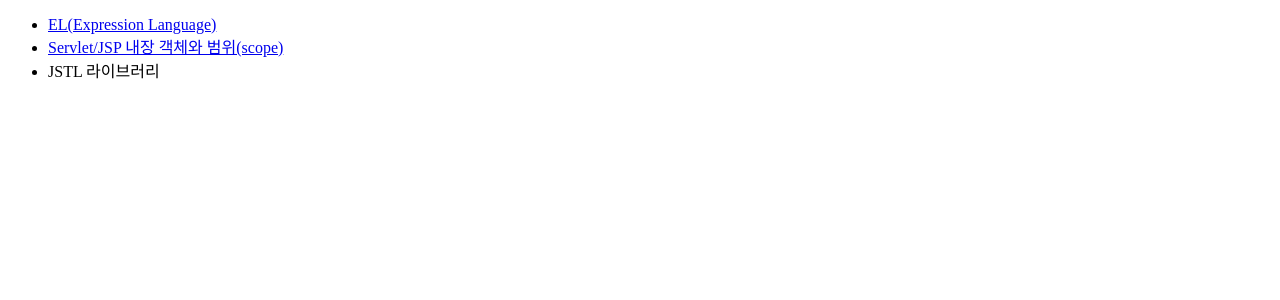
Repository: ahnjaeyoun/6_Server
Page: JSPProject2/src/main/webapp/index.html
These files come from the project's save history. The page is drawn as it stood at one moment and after the next save; the edit follows.
The browser window is 1280 px wide. The pictures show the whole page.

Above is the page before, as saved 2023-09-19 03:29:29.

After the next save:
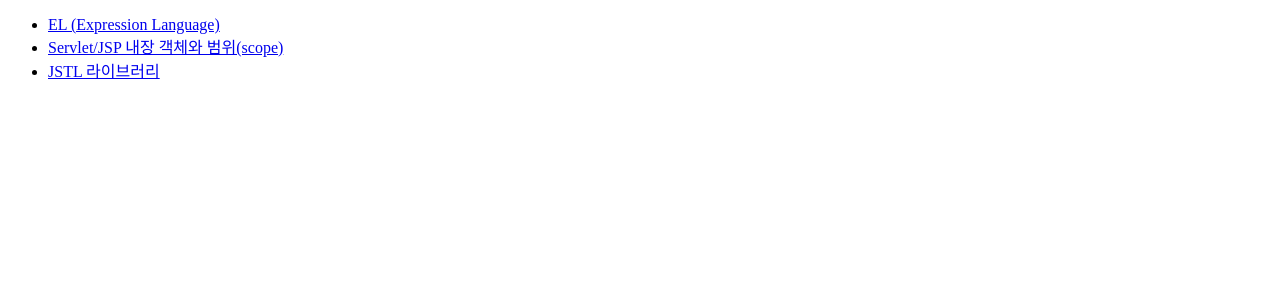
Saved 6 s later.
--- a/JSPProject2/src/main/webapp/index.html
+++ b/JSPProject2/src/main/webapp/index.html
@@ -1,5 +1,5 @@
 <!DOCTYPE html>
-<html lang="en">
+<html lang="ko">
 <head>
     <meta charset="UTF-8">
     <meta name="viewport" content="width=device-width, initial-scale=1.0">
@@ -7,13 +7,13 @@
 </head>
 <body>
     <ul>
-        <!-- 절대 경로 (최상위 주소 (/) 기준으로 작성) -->
-        <li><a href="/elTest">EL(Expression Language)</a></li>
+        <!-- 절대 경로 (최상위 주소 / 기준으로 작성)-->
+        <li><a href="/elTest">EL (Expression Language)</a></li>
 
-        <!-- 상대 경로  (현재 주소(위치)를 기준으로 작성 -->
+        <!-- 상대 경로 (현재 주소(위치)를 기준으로 작성) -->
         <li><a href="scope">Servlet/JSP 내장 객체와 범위(scope)</a></li>
 
-        <li><a>JSTL 라이브러리</a></li>
+        <li><a href="jstl/main">JSTL 라이브러리</a></li>
     </ul>
 </body>
 </html>
